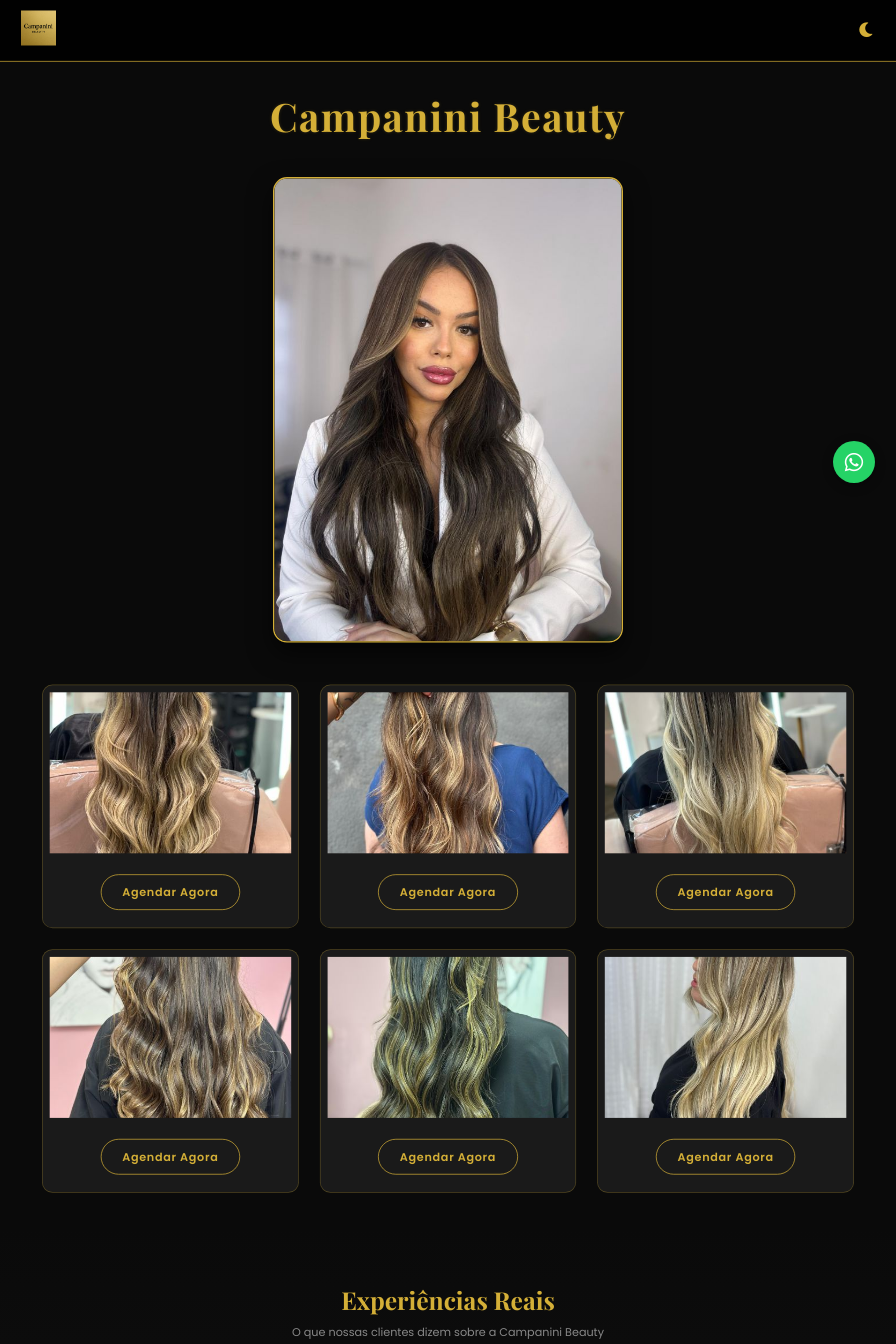
Repository: Sandro1969-tech/campanini-beauty
Page: index.html
The author's editor kept a copy of each file at every save. The page is drawn from the files as they stood at one save, then again after a run of saves.
The browser window is 1280 px wide. The pictures show the part of the page from y = 0 to 1920 px (the page is 2987 px tall before and 3015 px after), at 70% of full size.

Above is the page before, as saved 2026-02-17 20:02:55.

After the next 2 saves:
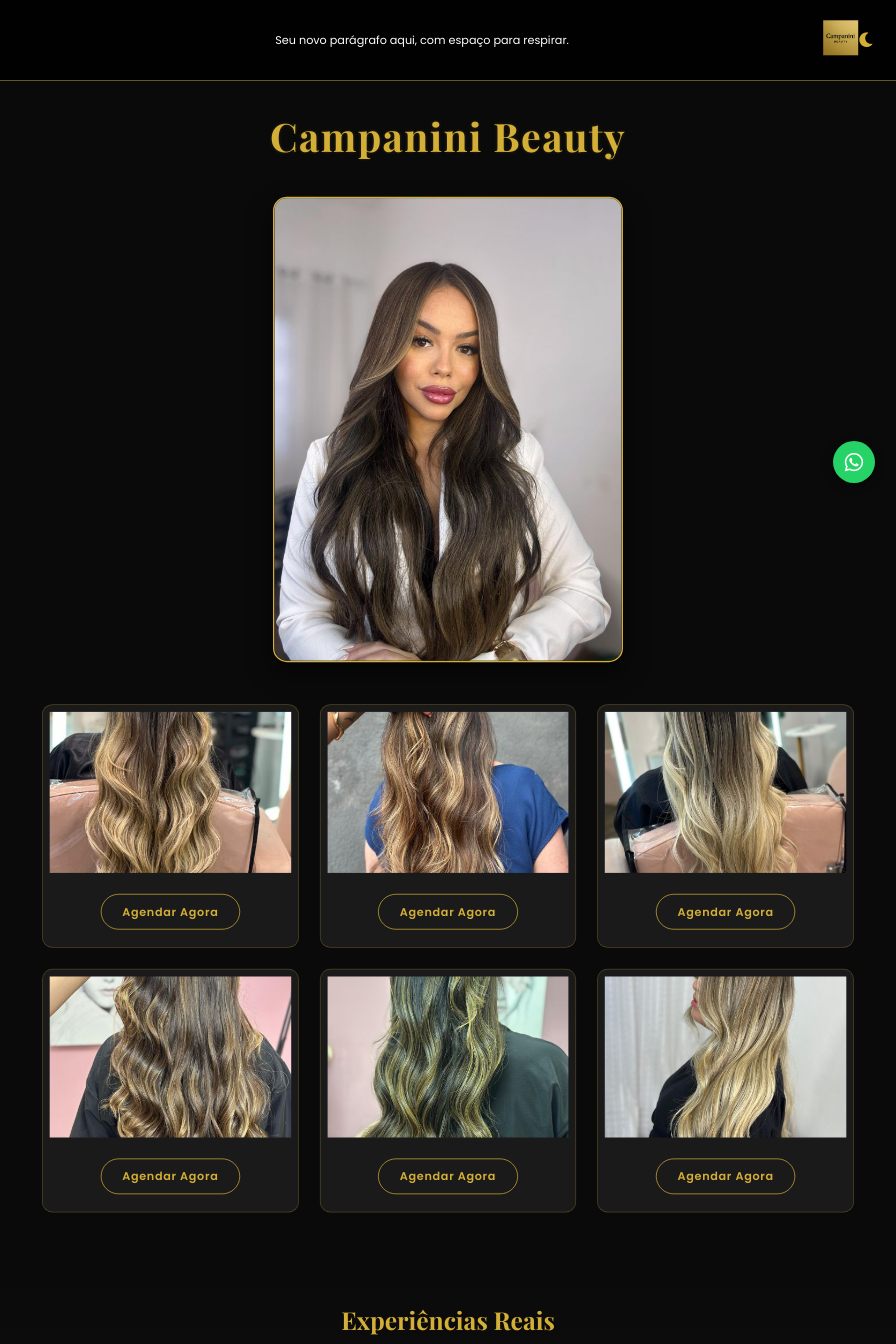
The 2 saves are shown as one change because they came seconds apart.
The last was saved 116 s later.
--- a/index.html
+++ b/index.html
@@ -188,6 +188,9 @@
 <body>
 
     <header>
+        <div style="max-width: 800px; margin: 30px auto; padding: 0 20px; text-align: center;">
+    <p>Seu novo parágrafo aqui, com espaço para respirar.</p>
+</div>
         <div class="logo">
             <img src="assets/image/Logo escrito 'Campan.png" alt="Campanini Beauty">
         </div>
